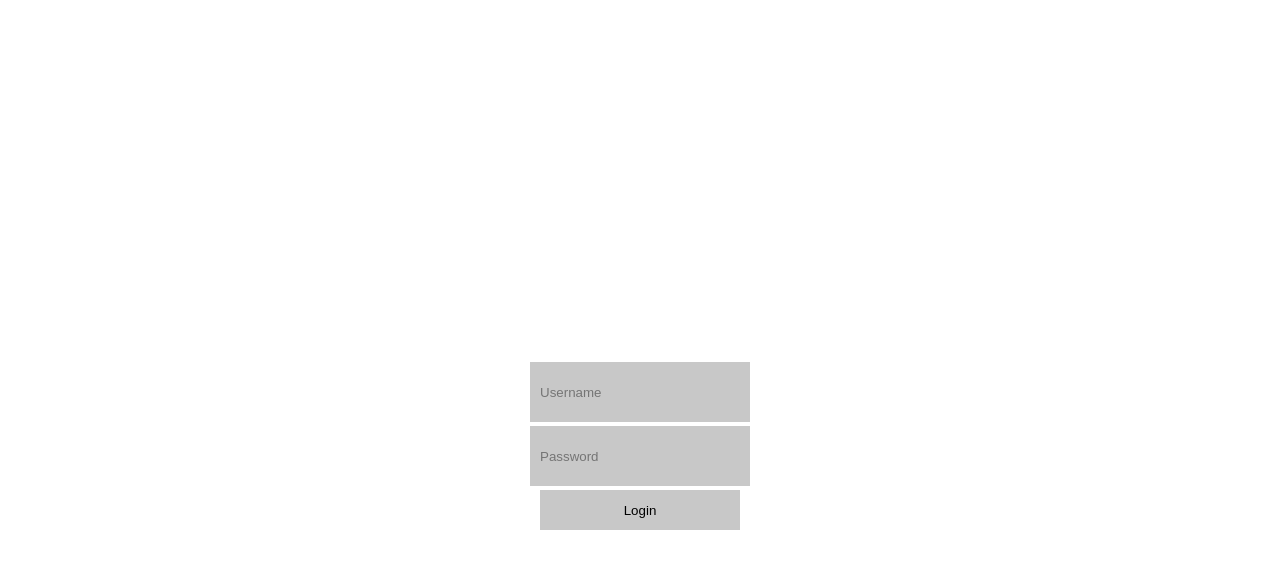
Repository: 57963/WebApp
Page: http://localhost/test-webapp/
The author's editor kept a copy of each file at every save. The page is drawn from the files as they stood at one save, then again after the next save.
The browser window is 1280 px wide. The pictures show the whole page.
The page is served by Tomcat 9. Other server files are loaded and not shown.

Above is the page before, as saved 2016-05-22 23:34:30.

### test-webapp/src/main/webapp/WEB-INF/views/login.jsp
<%@ page language="java" contentType="text/html; charset=ISO-8859-1"
    pageEncoding="ISO-8859-1"%>
<!DOCTYPE html>
<html>
	<head>
		<meta http-equiv="Content-Type" content="text/html; charset=ISO-8859-1">
		<title>Login</title>
		<style>
			body{
				background-color:white;
				color:rgb(200,200,200);
				font-family:"Arial";
			}

			form{
				position:absolute;
				width:100%;
				left:0%;
				top:50%;
				text-align:center;
				margin:0;
			}

			input{
				background-color:rgb(200,200,200);
				border-style:none;
				margin:2px;
				width:200px;
				height:40px;
				padding:10px;
			}

			div{
				background-color:white;
				color:red;
				margin:auto;
			}
		</style>
	</head>
	<body>
		<form action="/login" method="POST">
			<input placeholder="Username" type="text" name="username"/><br>
			<input placeholder="Password" type="password" name="password"/><br>
			<input type="submit" value="Login"/>
			<div >${error}</div>
		</form>

	</body>
</html>

After the next save:
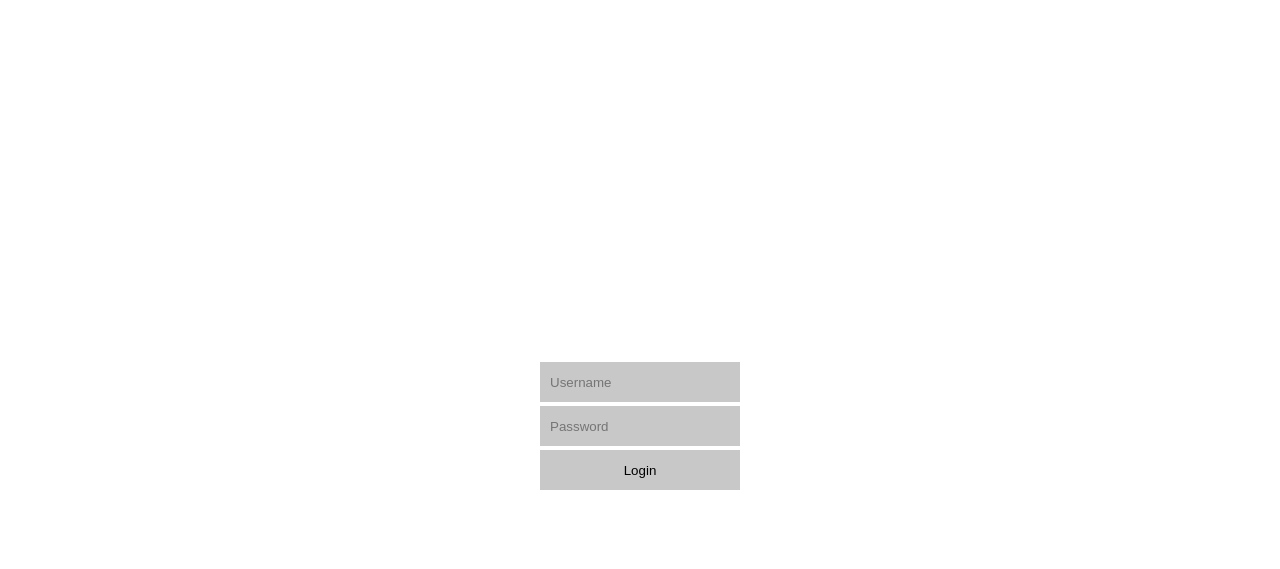
Saved 19 s later.
--- a/test-webapp/src/main/webapp/WEB-INF/views/login.jsp
+++ b/test-webapp/src/main/webapp/WEB-INF/views/login.jsp
@@ -1,6 +1,6 @@
 <%@ page language="java" contentType="text/html; charset=ISO-8859-1"
     pageEncoding="ISO-8859-1"%>
-<!DOCTYPE html>
+<!DOCTYPE>
 <html>
 	<head>
 		<meta http-equiv="Content-Type" content="text/html; charset=ISO-8859-1">
